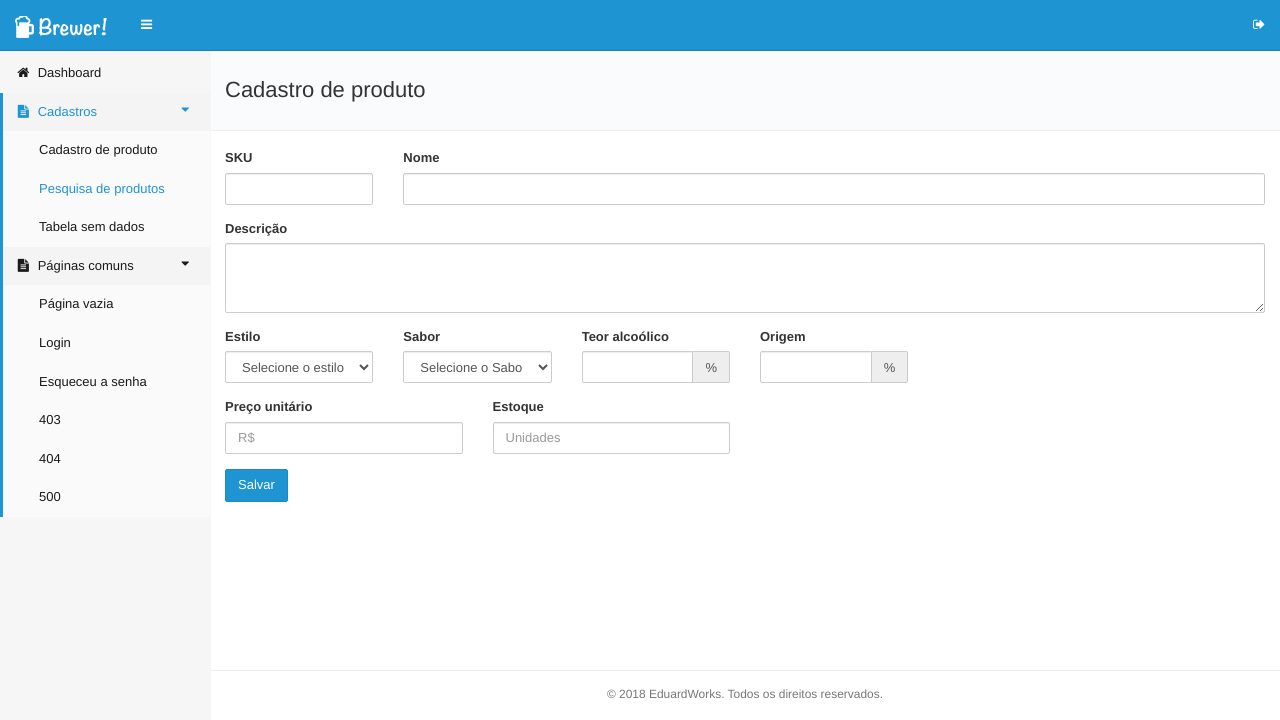
Repository: dumuller/spring-expert
Page: http://localhost/cerveja/CadastroCerveja
The author's editor kept a copy of each file at every save. The page is drawn from the files as they stood at one save, then again after the next save.
The browser window is 1280 px wide. The pictures show the whole page.
The page is this project's Thymeleaf template; nobody is signed in. The template is opened directly, without the code that normally fills it, so the values that code supplies are empty.

Above is the page before, as saved 2018-12-10 16:42:04.

### brewer/src/main/resources/templates/cerveja/CadastroCerveja.html
<!DOCTYPE html>
<html lang="pt"xmlns="http://www.w3.org/1999/xhtml "
	           xmlns:th="http://www.thymeleaf.org">
<head>
	<meta charset="UTF-8"/>
	<meta http-equiv="X-UA-Compatible" content="IE=edge"/>
	<meta name="viewport" content="width=device-width, initial-scale=1"/>

	<title>Brewer</title>

	<link rel="stylesheet" type="text/css" href="/brewer/layout/stylesheets/vendors.min.css"/>
	<link rel="stylesheet" type="text/css" href="/brewer/layout/stylesheets/algaworks.min.css"/>
	<link rel="stylesheet" type="text/css" href="/brewer/layout/stylesheets/application.css"/>

	<!-- HTML5 shim and Respond.js for IE8 support of HTML5 elements and media queries -->
	<!-- WARNING: Respond.js doesn't work if you view the page via file:// -->
	<!--[if lt IE 9]>
		<script src="https://oss.maxcdn.com/html5shiv/3.7.2/html5shiv.min.js"></script>
		<script src="https://oss.maxcdn.com/respond/1.4.2/respond.min.js"></script>
	<![endif]-->
</head>
<body>

	<div class="aw-layout-page">


	<nav class="navbar  navbar-fixed-top  navbar-default  js-sticky-reference" id="main-navbar">
	  <div class="container-fluid">

	    <div class="navbar-header">
	      <a class="navbar-brand  hidden-xs" href="#">
	        <img alt="AlgaWorks" src="/brewer/images/logo.png"/>
	      </a>

	      <ul class="nav  navbar-nav">
	        <li>
	          <a href="#" class="js-sidebar-toggle"><i class="fa  fa-bars"></i></a>
	        </li>
	      </ul>
	    </div>

	    <ul class="nav navbar-nav  navbar-right">

	      <li>
	        <a href="#"><em class="fa  fa-sign-out"></em></a>
	      </li>
	    </ul>

	  </div>
	</nav>

	<aside class="aw-layout-sidebar  js-sidebar">
		<div class="aw-layout-sidebar__content">

	    	<nav class="aw-menu  js-menu">
	      		<ul class="aw-menu__list">

	        	<li class="aw-menu__item">
	         	 	<a href="dashboard.html"><i class="fa  fa-fw  fa-home"></i><span>Dashboard</span></a>
	       		</li>

	        	<li class="aw-menu__item  is-active">
	          	<a href="#">
	            	<i class="fa  fa-fw  fa-file-text"></i><span>Cadastros</span>
	            	<i class="aw-menu__navigation-icon  fa"></i>
	          	</a>

	          	<ul class="aw-menu__list  aw-menu__list--sublist">
	            	<li class="aw-menu__item  aw-menu__item--link"><a href="cadastro-produto.html">Cadastro de produto</a></li>
	            	<li class="aw-menu__item  aw-menu__item--link  is-active"><a href="pesquisa-produtos.html">Pesquisa de produtos</a></li>
	            	<li class="aw-menu__item  aw-menu__item--link"><a href="tabela-sem-dados.html">Tabela sem dados</a></li>
	          	</ul>
	        	</li>

	        	<li class="aw-menu__item  is-expanded">
	          	<a href="#">
	            	<i class="fa  fa-fw  fa-file-text"></i><span>Páginas comuns</span>
	            	<i class="aw-menu__navigation-icon  fa"></i>
	          	</a>

	          	<ul class="aw-menu__list  aw-menu__list--sublist">
	            	<li class="aw-menu__item  aw-menu__item--link"><a href="pagina-vazia.html">Página vazia</a></li>
	            	<li class="aw-menu__item  aw-menu__item--link"><a href="login.html">Login</a></li>
	            	<li class="aw-menu__item  aw-menu__item--link"><a href="esqueceu-a-senha.html">Esqueceu a senha</a></li>
	            	<li class="aw-menu__item  aw-menu__item--link"><a href="403.html">403</a></li>
	            	<li class="aw-menu__item  aw-menu__item--link"><a href="404.html">404</a></li>
	            	<li class="aw-menu__item  aw-menu__item--link"><a href="500.html">500</a></li>
	          	</ul>
	        	</li>

	      		</ul>
	    	</nav>

		</div>
	</aside>

	<section class="aw-layout-content  js-content">


		<div class="page-header">
			<div class="container-fluid">
				<h1>
					Cadastro de produto
				</h1>
			</div>
		</div>

		<div class="container-fluid">

			<!-- <div class="alert  alert-danger  alert-dismissible" role="alert">
				<button type="button" class="close" data-dismiss="alert" aria-label="Close"><span aria-hidden="true">&times;</span></button>
				<i class="fa  fa-exclamation-circle"></i> Já existe um produto com o nome informado.
			</div> -->

			<form method="POST" th:object="${cerveja}" class="form-vertical  js-form-loading">
				<div class="row">
						<div class="col-sm-2 form-group">
							<label for="sku">SKU</label>
							<input id="sku" type="text" class="form-control"/>
						</div>

						<div class="col-sm-10 form-group">
							<label for="nome">Nome</label>
							<input id="nome" type="text" class="form-control"></input>
						</div>

				</div>

				<div class="form-group">
					<label for="descricao">Descrição</label>
					<textarea id="descricao" rows="3" class="form-control"></textarea>
				</div>

				<div class="row">
						<div class="col-sm-2 form-group">
							<label for="estilo">Estilo</label>
							<select id="estilo" class="form-control">
								<option value="">Selecione o estilo</option>
								<option value="1">Pale Ale</option>
								<option value="2">Pilsen</option>
								<option value="3">Weiss</option>
								<option value="4">IPA</option>
							</select>
						</div>

						<div class="col-sm-2 form-group">
							<label for="sabor">Sabor</label>
							<select id="sabor" class="form-control">
								<option value="">Selecione o Sabor</option>
								<option value="1">Trigo</option>
								<option value="2">Frutada</option>
								<option value="3">Puro Malte</option>
							</select>
						</div>

						<div class="col-sm-2 form-group">
							<label for="teorAlcoolico">Teor alcoólico</label>
							<div class="input-group">
								<input id="teorAlcoolico" type="text" class="form-control"/>
								<div class="input-group-addon">%</div>
							</div>

						</div>

						<div class="col-sm-2 form-group">
							<label for="origem">Origem</label>
							<div class="input-group">
								<input id="teorAlcoolico" type="text" class="form-control"/>
								<div class="input-group-addon">%</div>
							</div>

						</div>
				</div>

				<div class="row">
					<div class="col-sm-3">
						<div class="form-group">
							<label for="input-produto-preco">Preço unitário</label>
							<input id="input-produto-preco" type="text" class="form-control" placeholder="R$"/>
						</div>
					</div>

					<div class="col-sm-3">
						<div class="form-group">
							<label for="input-produto-estoque">Estoque</label>
							<input id="input-produto-estoque" type="text" class="form-control" placeholder="Unidades"/>
						</div>
					</div>
				</div>

				<div class="form-group">
					<button class="btn  btn-primary" type="submit">Salvar</button>
				</div>

			</form>
		</div>

	</section>

	<footer class="aw-layout-footer  js-content">
		<div class="container-fluid">
			<span class="aw-footer-disclaimer">&copy; 2018 EduardWorks. Todos os direitos reservados.</span>
		</div>
	</footer>

</div>

<script src="/brewer/layout/javascripts/vendors.min.js"></script>
<script src="/brewer/layout/javascripts/algaworks.min.js"></script>

</body>
</html>

### brewer/src/main/resources/static/layout/stylesheets/application.css
.table-pesq-produto-col-preco {
  min-width: 130px;
  text-align: center;
  display: none !important;
}
@media (min-width: 992px) {
  .table-pesq-produto-col-preco {
    display: block !important;
  }
  table.table-pesq-produto-col-preco {
    display: table !important;
  }
  tr.table-pesq-produto-col-preco {
    display: table-row !important;
  }
  th.table-pesq-produto-col-preco,
  td.table-pesq-produto-col-preco {
    display: table-cell !important;
  }
}
.table-pesq-produto-col-estoque {
  min-width: 100px;
  text-align: center;
  display: none !important;
}
@media (min-width: 992px) {
  .table-pesq-produto-col-estoque {
    display: block !important;
  }
  table.table-pesq-produto-col-estoque {
    display: table !important;
  }
  tr.table-pesq-produto-col-estoque {
    display: table-row !important;
  }
  th.table-pesq-produto-col-estoque,
  td.table-pesq-produto-col-estoque {
    display: table-cell !important;
  }
}
.table-pesq-produto-col-status {
  min-width: 100px;
  text-align: center;
}
.table-pesq-produto-col-acoes {
  min-width: 105px;
  text-align: center;
}

Loaded but not shown: brewer/src/main/resources/static/layout/stylesheets/vendors.min.css (library); brewer/src/main/resources/static/layout/stylesheets/algaworks.min.css (library); brewer/src/main/resources/static/layout/javascripts/vendors.min.js (library); brewer/src/main/resources/static/layout/javascripts/algaworks.min.js (common file)

After the next save:
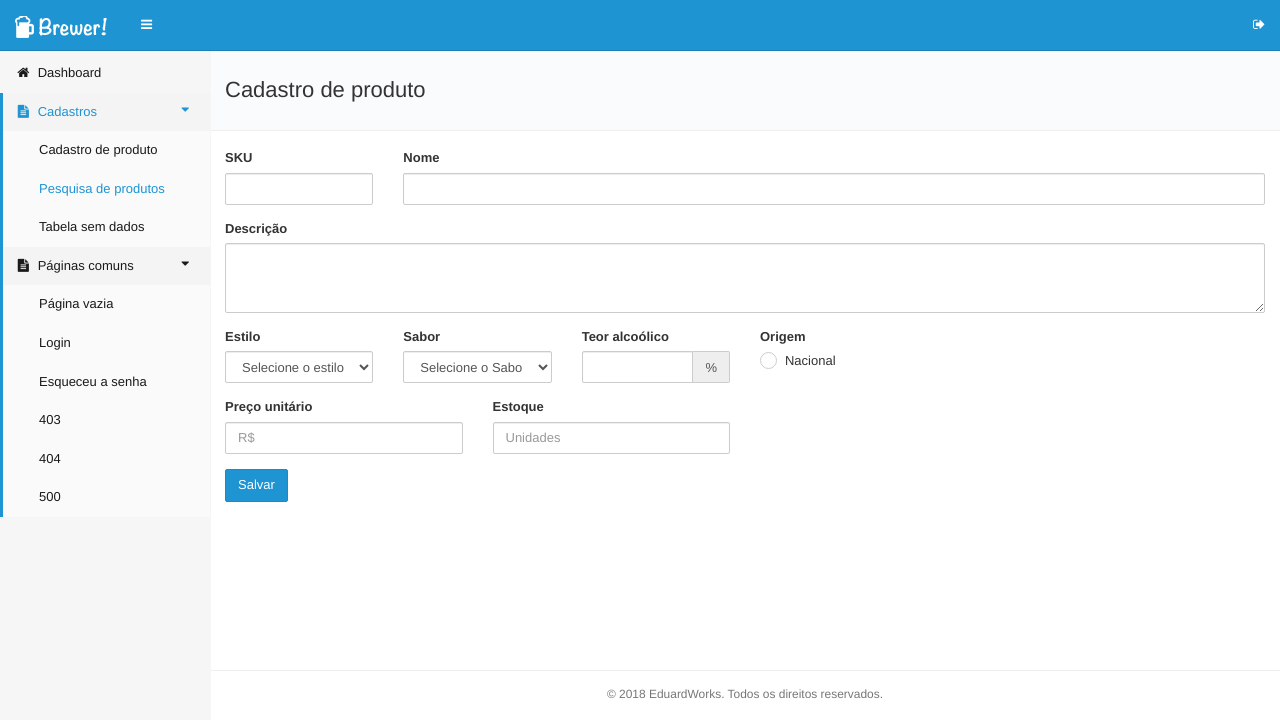
Saved 2 min 33 s later.
--- a/brewer/src/main/resources/templates/cerveja/CadastroCerveja.html
+++ b/brewer/src/main/resources/templates/cerveja/CadastroCerveja.html
@@ -164,11 +164,11 @@
 
 						<div class="col-sm-2 form-group">
 							<label for="origem">Origem</label>
-							<div class="input-group">
-								<input id="teorAlcoolico" type="text" class="form-control"/>
-								<div class="input-group-addon">%</div>
-							</div>
-
+								<div>
+									<div class="radio radio-inline">
+									<label>Nacional</label>
+									</div>
+								</div>
 						</div>
 				</div>
 
